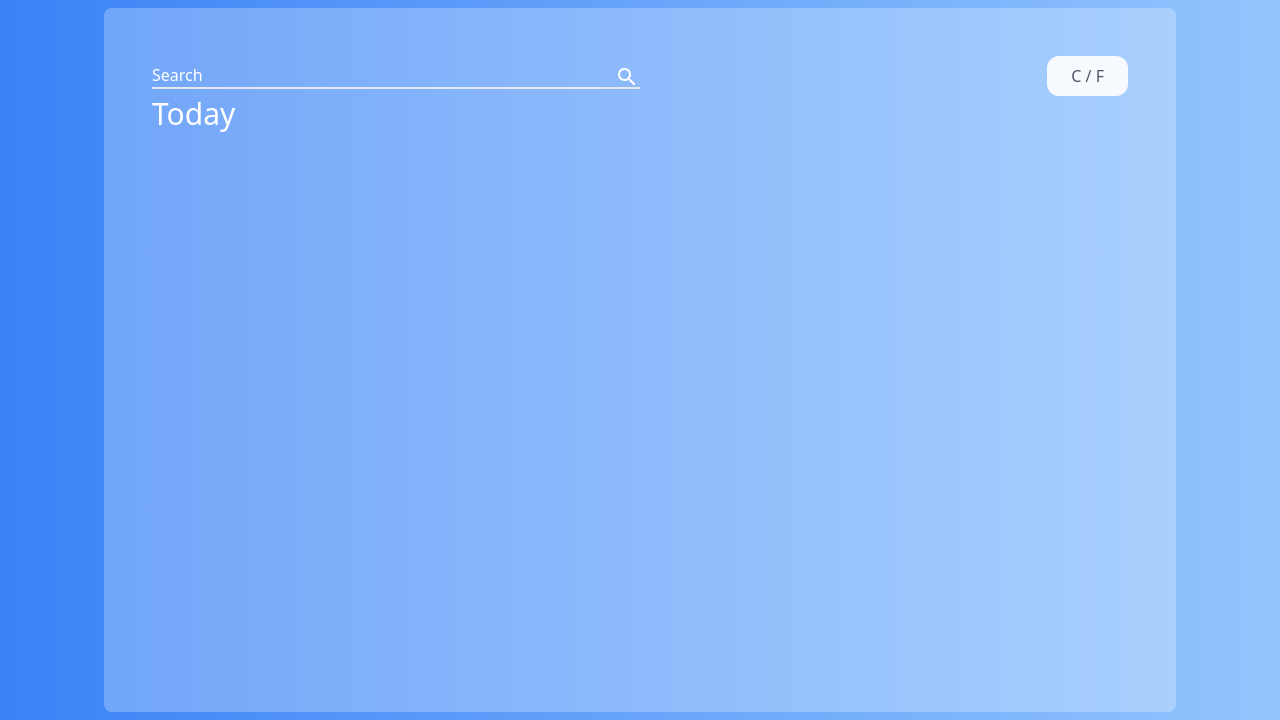
Repository: DevAntonioRogers/react-weatherapp-v2
Page: /
An editor plug-in stored every save of this project. The page is shown before and after the next save, followed by the edit.
The browser window is 1280 px wide. The pictures show the whole page.
The project was rebuilt for these pictures with package versions that can differ from the ones it lists, and the page was loaded fresh each time. The framework's server and built-in components were replaced by stand-ins that run in the browser. Also part of the build but not shown: next.config.js.

Above is the page before, as saved 2023-05-19 23:35:02.

### app/layout.tsx
import "./globals.css";
import { Inter } from "next/font/google";

export const metadata = {
  title: "Create Next App",
  description: "Generated by create next app",
};

export default function RootLayout({ children }: { children: React.ReactNode }) {
  return (
    <html lang="en">
      <body>{children}</body>
    </html>
  );
}

### app/page.tsx
"use client";

import Conversion from "./components/Conversion";
import Current from "./components/Current";
import Input from "./components/Input";

import { useState } from "react";

export default function Home() {
  const [data, setData] = useState({});
  const [location, setLocation] = useState("");
  const [error, setError] = useState("");

  const url = `http://api.weatherapi.com/v1/forecast.json?key=538023bd3c43455084733202231905&q=${location}&days=7&aqi=yes&alerts=yes
  `;

  const handleSearch = async (e) => {
    if (e.key === "Enter") {
      e.preventDefault();
      try {
        const response = await fetch(url);
        if (!response.ok) {
          throw new Error();
        }
        const data = await response.json();
        setData(data);
        setLocation("");
        setError("");
      } catch (error) {
        setError("City not found");
        setData({});
      }
    }
  };

  return (
    <div className="flex justify-center p-2 bg-cover h-screen bg-gradient-to-r from-blue-500 to-blue-300">
      <div className="bg-white/25 mx-24 w-full rounded-lg p-12 flex flex-col">
        {/* SEARCH AND DEGREE CONVERSION */}
        <div className="flex justify-between items-center">
          <Input handleSearch={handleSearch} location={location} setLocation={setLocation} />
          <Conversion />
        </div>

        {/* CURRENT WEATHER SECTION */}
        <Current data={data} />
      </div>
    </div>
  );
}

### app/components/Conversion.tsx
import React from "react";

const Conversion = () => {
  return (
    <div className="">
      <button className="rounded-xl bg-white/90 px-6 py-2 text-gray-600">C / F</button>
    </div>
  );
};

export default Conversion;

### app/components/Current.tsx
import React from "react";

const Current = ({ data }) => {
  const weatherIcon = data.current ? data.current.condition.icon : null;
  return (
    <div className="flex flex-col gap-4">
      <div className="flex items-center">
        <div>
          <h1 className="text-3xl text-white">Today</h1>
        </div>
        {weatherIcon && (
          <div>
            <img src={weatherIcon} alt="Weather Icon" />
          </div>
        )}
      </div>

      <div>
        {data.current ? (
          <p>
            {data.current.temp_f.toFixed()}
            <span>°</span>
          </p>
        ) : null}
        {data.current ? <span>{data.current.condition.text}</span> : null}
      </div>
      <div>
        {data.forecast ? <span>High: {data.forecast.forecastday[0].day.maxtemp_f.toFixed()}°</span> : null}
        {data.forecast ? <span>Low: {data.forecast.forecastday[0].day.mintemp_f.toFixed()}°</span> : null}
      </div>
    </div>
  );
};

export default Current;

### app/components/Input.tsx
"use client";

import SearchIcon from "@mui/icons-material/Search";

const Input = ({ handleSearch, setLocation, location }) => {
  return (
    <form className="flex items-center w-2/4">
      <input
        type="text"
        className="w-full bg-transparent border-b-2 placeholder-white outline-none text-white"
        placeholder="Search"
        onKeyDown={handleSearch}
        onChange={(e) => setLocation(e.target.value)}
      />
      <div className="ml-[-25px] text-white cursor-pointer">
        <SearchIcon />
      </div>
    </form>
  );
};

export default Input;

Loaded but not shown: app/globals.css (common file); tailwind.config.js (common file)

After the next save:
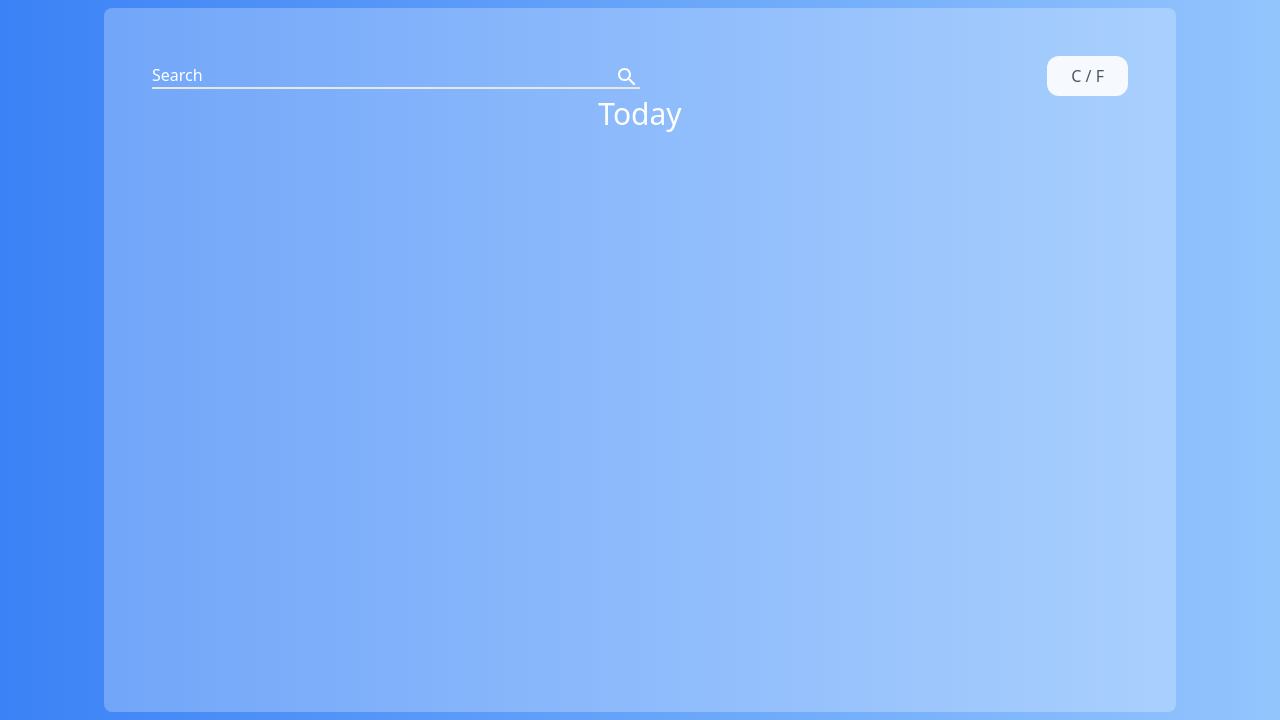
Saved 11 s later.
--- a/app/components/Current.tsx
+++ b/app/components/Current.tsx
@@ -3,7 +3,7 @@
 const Current = ({ data }) => {
   const weatherIcon = data.current ? data.current.condition.icon : null;
   return (
-    <div className="flex flex-col gap-4">
+    <div className="flex flex-col gap-4 items-center">
       <div className="flex items-center">
         <div>
           <h1 className="text-3xl text-white">Today</h1>

After the save that followed:
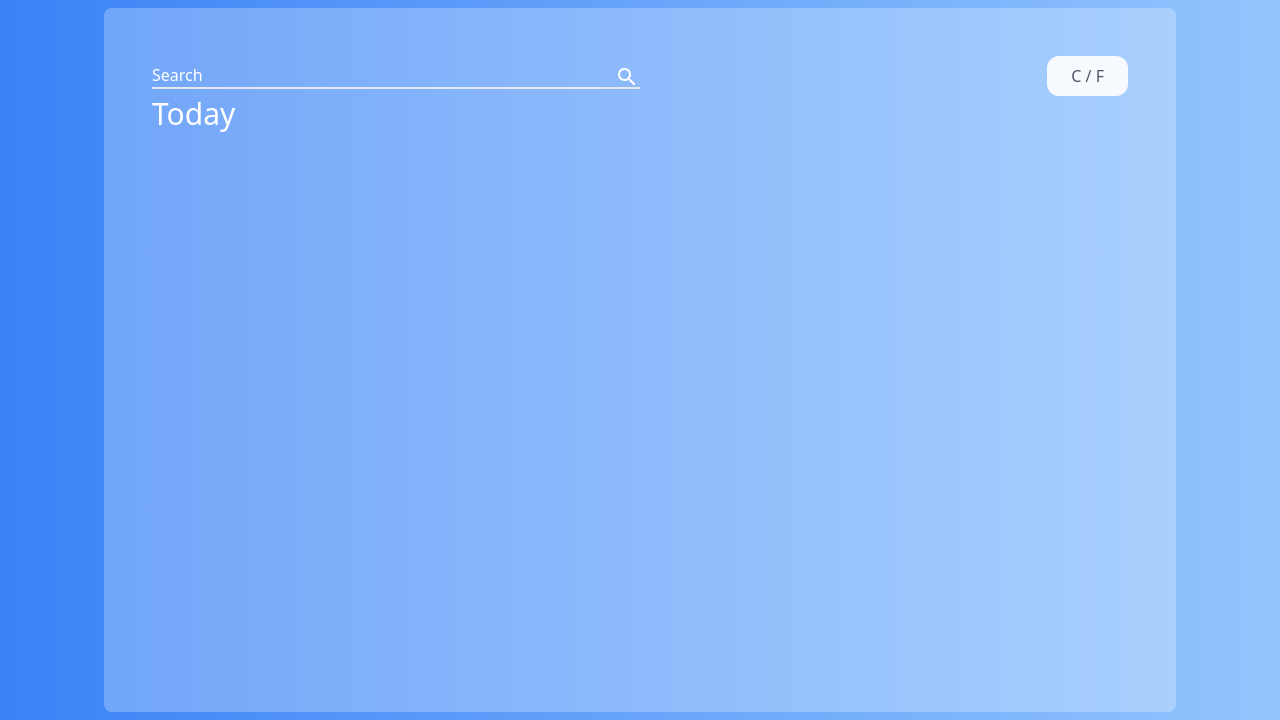
Saved 6 s later.
--- a/app/components/Current.tsx
+++ b/app/components/Current.tsx
@@ -3,7 +3,7 @@
 const Current = ({ data }) => {
   const weatherIcon = data.current ? data.current.condition.icon : null;
   return (
-    <div className="flex flex-col gap-4 items-center">
+    <div className="flex flex-col gap-4">
       <div className="flex items-center">
         <div>
           <h1 className="text-3xl text-white">Today</h1>
